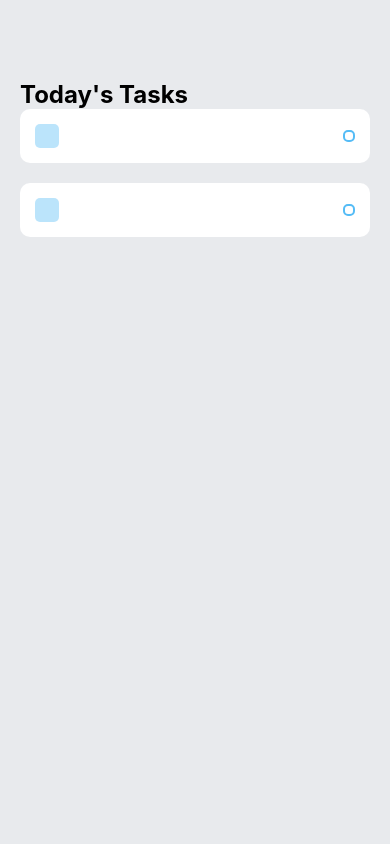
Repository: NT912/TodoList
Screen: /
The author's editor kept a copy of each file at every save. The screen is drawn from the files as they stood at one save, then again after the next save.
The app was drawn by React Native's web renderer in a window 390 px wide. The project was rebuilt for these pictures with package versions that can differ from the ones it lists, and the page was loaded fresh each time.

Above is the screen before, as saved 2022-04-16 16:48:52.

After the next save:
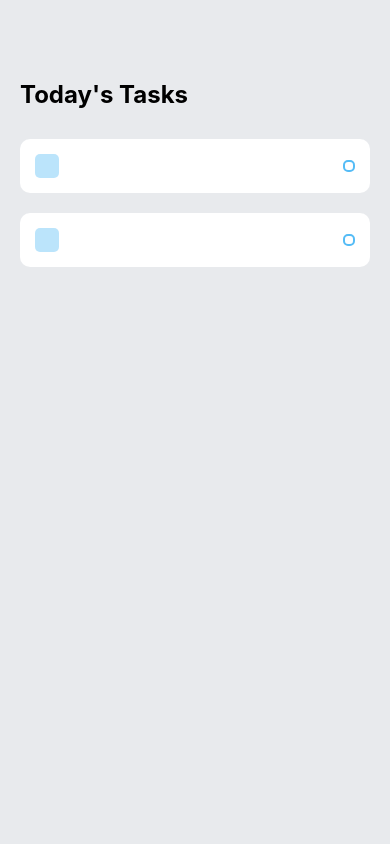
Saved 27 s later.
--- a/App.js
+++ b/App.js
@@ -31,5 +31,5 @@ const styles = StyleSheet.create({
     fontSize: 24,
     fontWeight: "bold",
   },
-  items: {},
+  items: { marginTop: 30 },
 });
